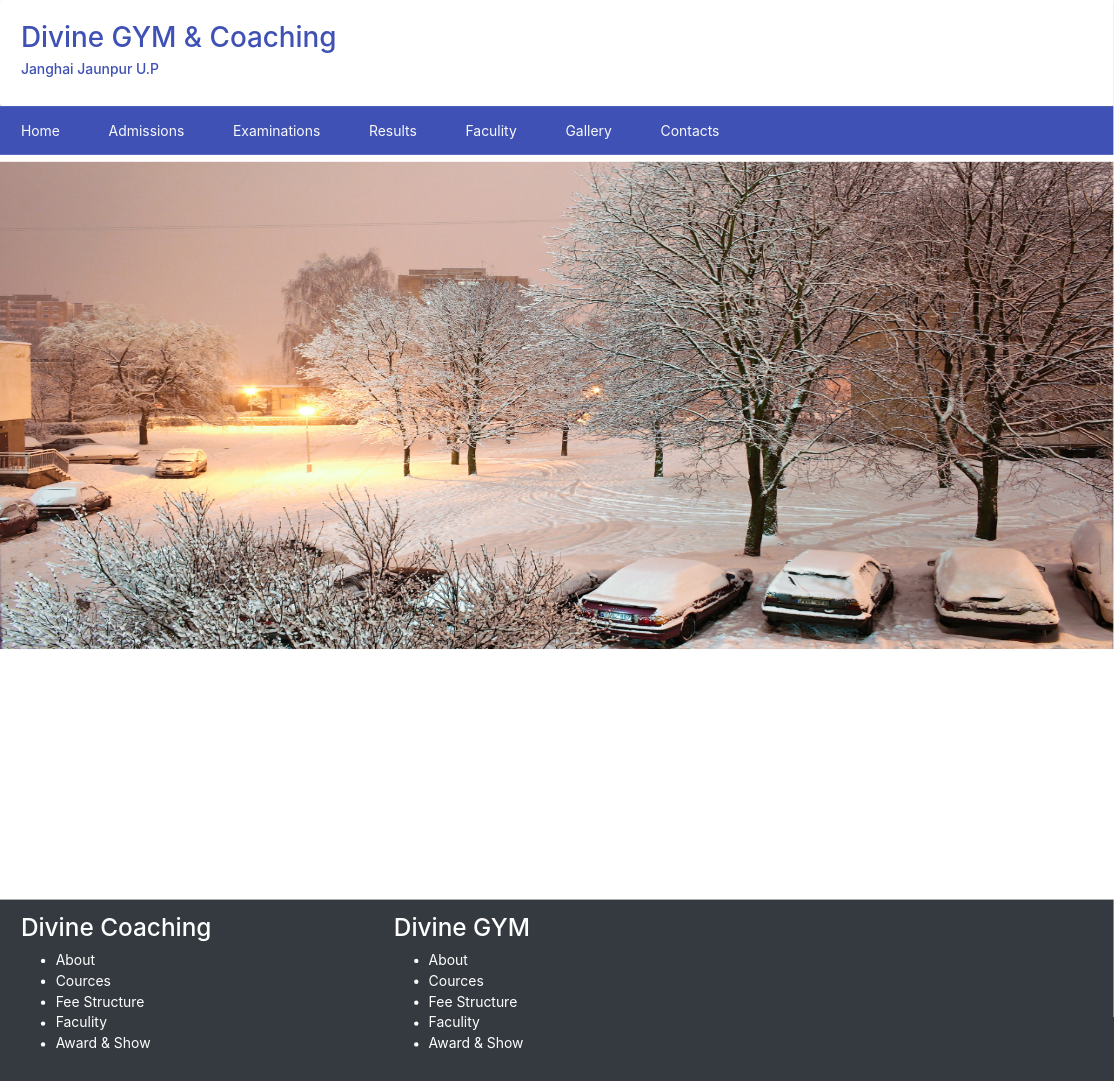
Repository: lalji-yadav/vikash-Coaching-frontend
Page: /gallery
The author's editor kept a copy of each file at every save. The page is drawn from the files as they stood at one save, then again after the next save.
The browser window is 1280 px wide. The pictures show the whole page, at 87% of full size.
The project was rebuilt for these pictures with package versions that can differ from the ones it lists, and the page was loaded fresh each time. Also part of the build but not shown: src/index.css, src/home/home.js, src/component/admission/admission.js, src/component/examination/examination.js, src/component/results/result.js, src/component/faculity/faculity.js.

Above is the page before, as saved 2021-04-11 12:48:20.

After the next save:
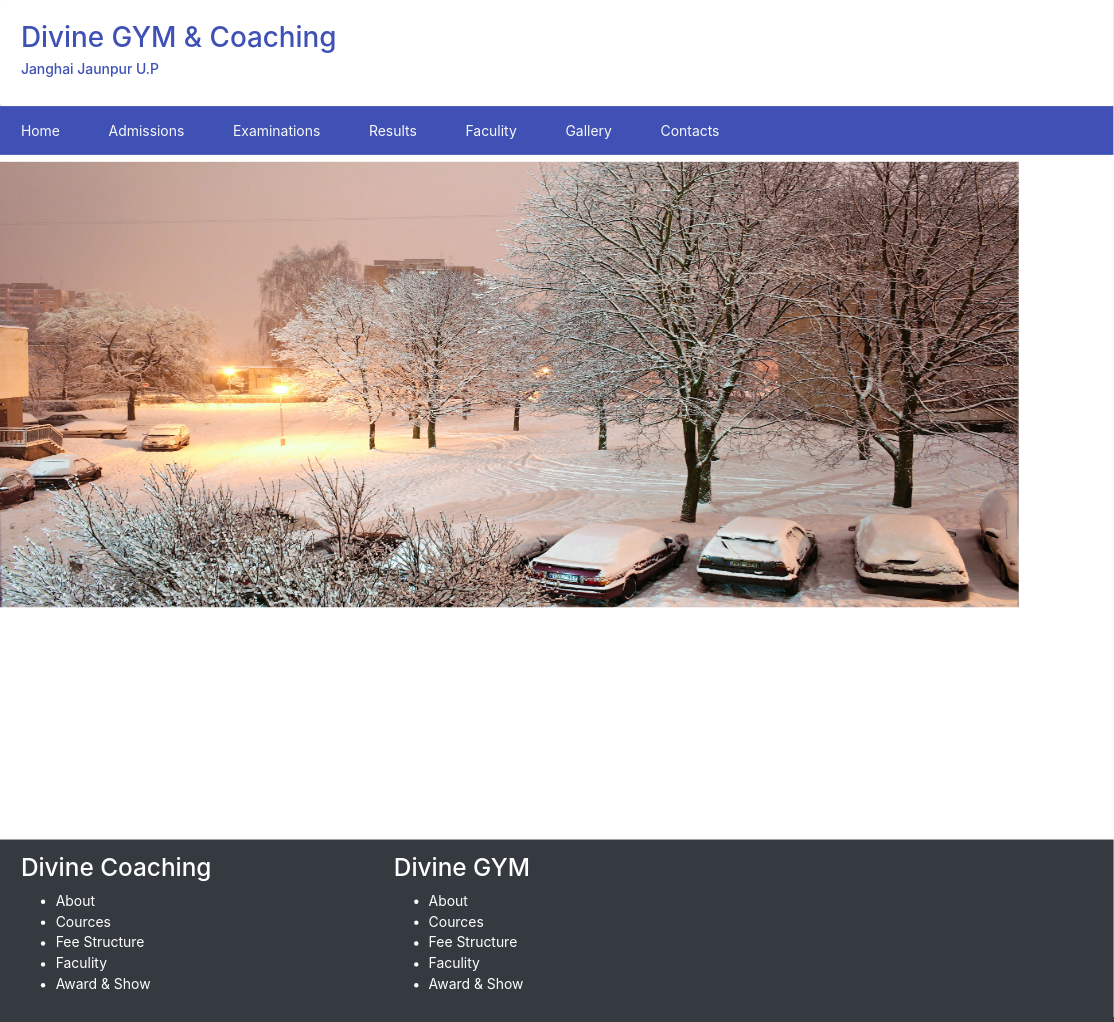
Saved 21 s later.
--- a/src/component/gallery/gallery.js
+++ b/src/component/gallery/gallery.js
@@ -6,7 +6,7 @@ class gallery extends Component {
         return (
             <div>
                 <div className="row">
-                    <div className="col-sm-12 mt-2">
+                    <div className="col-sm-11 mt-2">
                         <img style={{width:"100%", height:"70%"}}
                          src={process.env.PUBLIC_URL + '/image/gallery/Admin/0 (22) - Copy.jpg'} alt="" />
                     </div>
